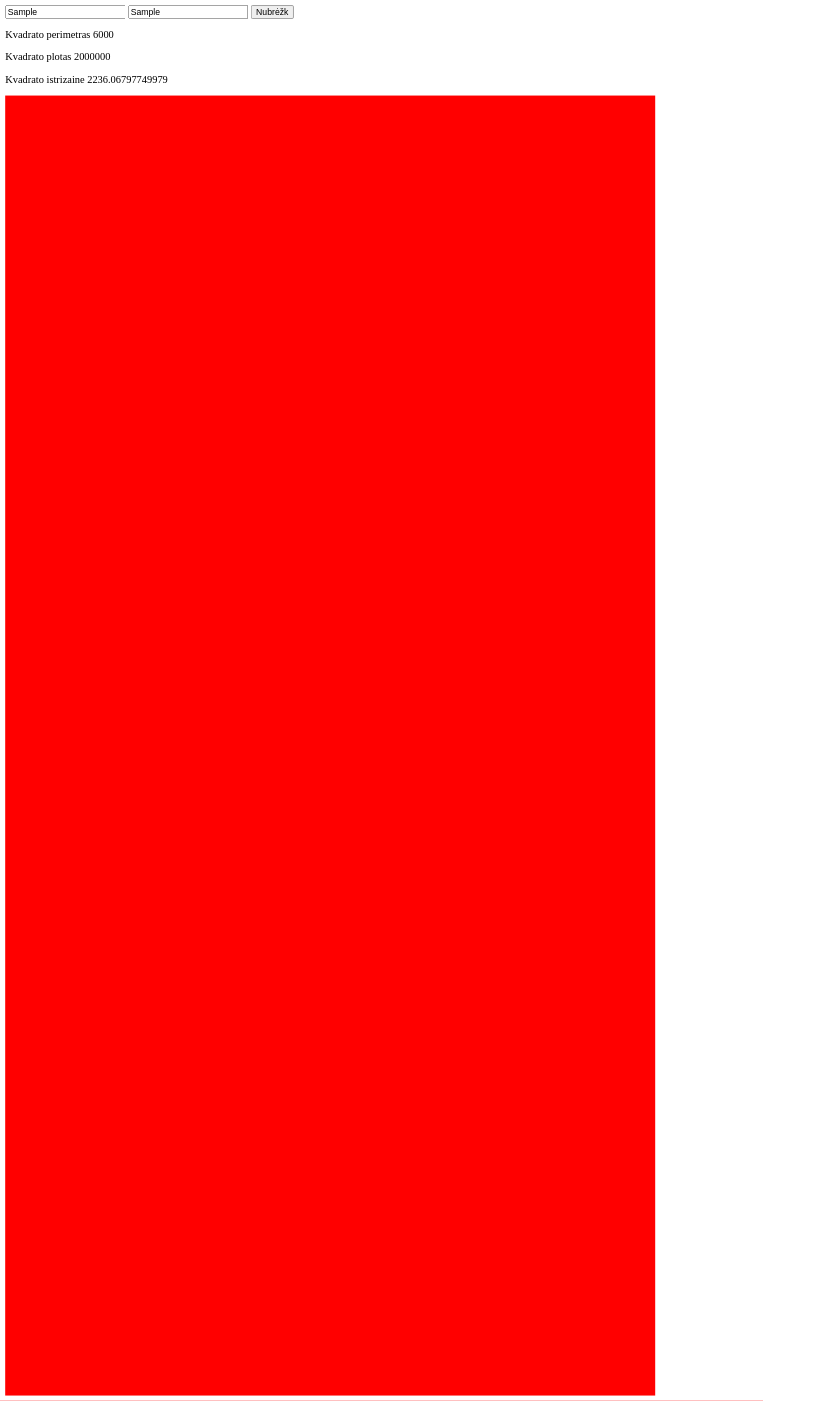
Repository: motiejus1/10-paskaita-JS
Page: index.html
These files come from the project's save history. The page is drawn as it stood at one moment and after a run of saves; the edit follows.
The browser window is 1280 px wide. The pictures show the whole page, at 65% of full size.
Empty fields were first filled with sample values (such as "Sample", 5 or name@example.com).
After loading, the first visible `#patvirtinti` was clicked once.

Above is the page before, as saved 2021-06-22 11:41:25.

### index.html
<!DOCTYPE html>
<html lang="en">
<head>
    <meta charset="UTF-8">
    <meta http-equiv="X-UA-Compatible" content="IE=edge">
    <meta name="viewport" content="width=device-width, initial-scale=1.0">
    <title>10 paskaita</title>

    <style>
        .container div:nth-child(even) {
            background-color: blue;
        }

        .keturkampis {
            /* width: 300px; */
            /* height: 400px; */
            background-color: red;
        }




    </style>


</head>
<body>

    <div class="container">

    </div>


    <input type="text" placeholder="Įveskite a krastine" id="a-krastine" name="a-krastine"/>
    <input type="text" placeholder="Įveskite b krastine" id="b-krastine" name="b-krastine"/>
    <button id="patvirtinti">Nubrėžk</button>

    <p id="kvadrato-perimetras"></p>
    <p id="kvadrato-plotas"></p>
    <p id="kvadrato-istrizaine"></p>

    <div class="keturkampis">

    </div>




    <script src="script.js"></script>
    <script src="script1.js"></script>
</body>
</html>

### script.js
"use strict";

// 2. Susikurti objektų masyvą:
// * Masyve 100 objekto elementų.
// * Objekto vidiniai kintamieji: id, vardas.
// * Vardas reikšmė = vardas1,vardas2 ir t.t.
// * Id reikšmė = 1, 2 ir t.t.


// Papildomai:
// Pagal sukurtą obejktų masyvą, sukurti tiek pat div elementų, kuriuose išvedamas id ir vardas. Kas antras div - mėlynas.

let masyvas = [];

for (let i=0; i<100; i++) {
    let objektas = {
        id: i+1,
        vardas: "vardas"+(i+1)
    };
    masyvas[i]=objektas; // i => objekta

    // let div = document.createElement("div");
    // div.innerHTML = objektas.id + " " + objektas.vardas;
    // document.querySelector(".container").appendChild(div);

    // console.log(Object.keys(objektas));
}

console.log(masyvas);

### script1.js
"use script";

// 3. Susikurti objektą "Keturkampis".
// Objektas turi priimti du kintamuosius: a ir b kraštines.
// Sukurti du metodus, kurie skaičiuoja kvadrato plotą, perimetrą, įstrižainės ilgį.
// Informaciją išvesti į <p> žymę.

// Papildoma: a ir b kintamieji apibrežia kvadratą pikseliais. Pagal įvestas reikšmes į input, HTML nubraižomas kvadrato objektas.



document.getElementById("patvirtinti").addEventListener("click", function() {
    let a,b;
    a = parseFloat(document.getElementById("a-krastine").value);
    b = parseFloat(document.getElementById("b-krastine").value);

    let kvadratas = {
        a: 1000,
        b: 2000,


        paleidimas: function() {
            this.a = a;
            this.b = b;
        },

        plotasPerimetras: function() {

            let plotas;
            let perimetras;

            plotas = this.a * this.b;
            perimetras= 2 * this.a + 2 * this.b;

            return [plotas, perimetras]
        },

        istrizaine: function() {
            let ilgis;
            ilgis = Math.sqrt(this.a * this.a + this.b * this.b );
            return ilgis;
        },

        nubrezk: function() {
            let elementas = document.querySelector(".keturkampis");
            elementas.style.width = this.a + "px";
            elementas.style.height = this.b + "px";
        },

        isvesk: function() {
            document.getElementById("kvadrato-perimetras").innerText = "Kvadrato perimetras " +  kvadratas.plotasPerimetras()[1];
            document.getElementById("kvadrato-plotas").innerText ="Kvadrato plotas " + kvadratas.plotasPerimetras()[0];
            document.getElementById("kvadrato-istrizaine").innerText = "Kvadrato istrizaine " + kvadratas.istrizaine();
        }

    };

    kvadratas.isvesk();
    kvadratas.nubrezk();




});

After the next 2 saves:
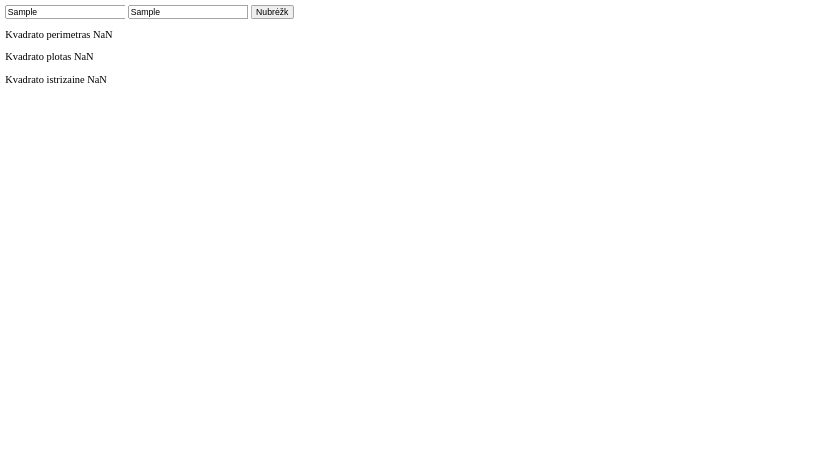
The 2 saves are shown as one change because they came seconds apart.
The last was saved 15 s later.
--- a/script1.js
+++ b/script1.js
@@ -55,6 +55,7 @@ document.getElementById("patvirtinti").addEventListener("click", function() {
 
     };
 
+    kvadratas.paleidimas();
     kvadratas.isvesk();
     kvadratas.nubrezk();
 
